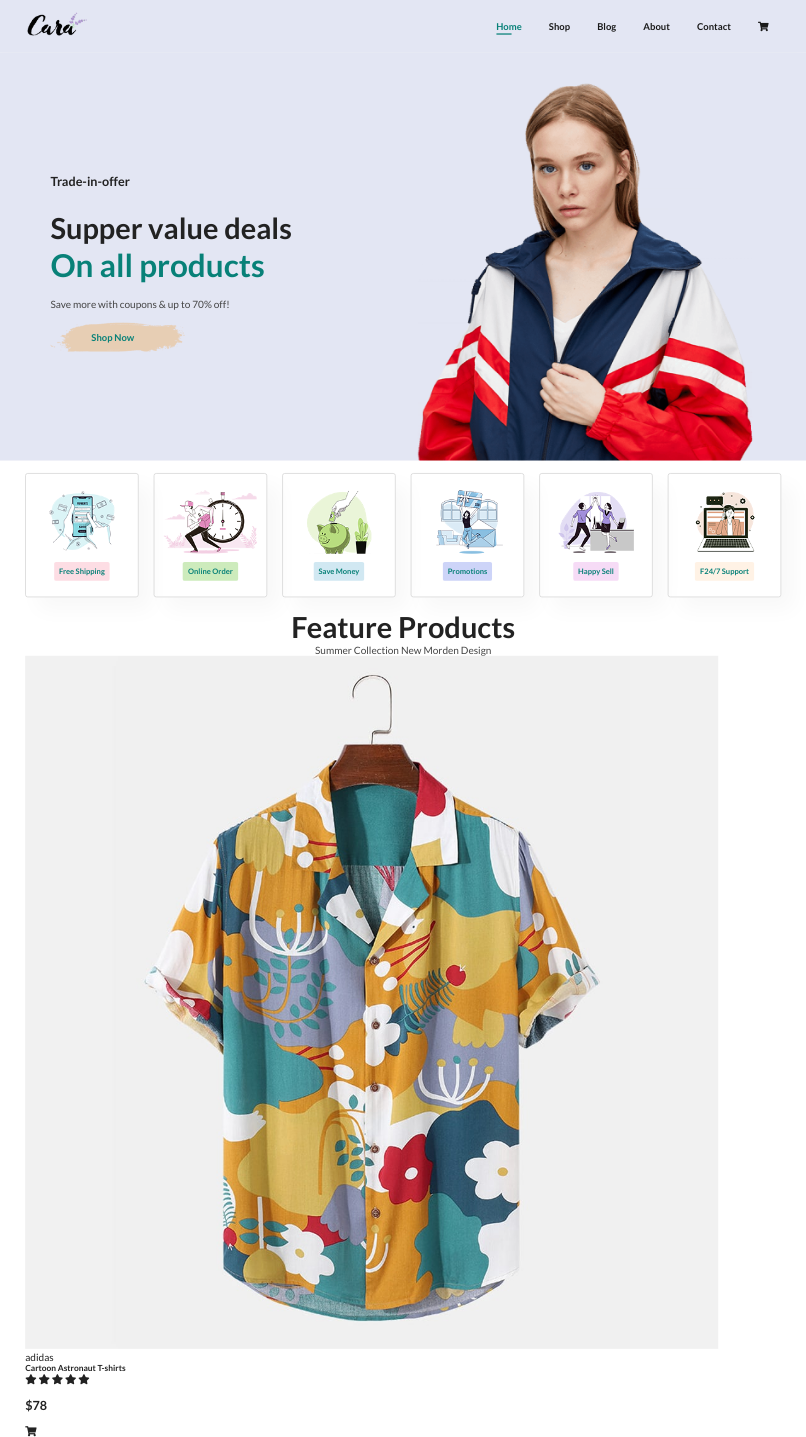
Repository: Nguyenductuan-dev/Website-Clothes
Page: index.html
The author's editor kept a copy of each file at every save. The page is drawn from the files as they stood at one save, then again after the next save.
The browser window is 1280 px wide. The pictures show the whole page, at 63% of full size.

Above is the page before, as saved 2022-04-26 00:45:23.

After the next save:
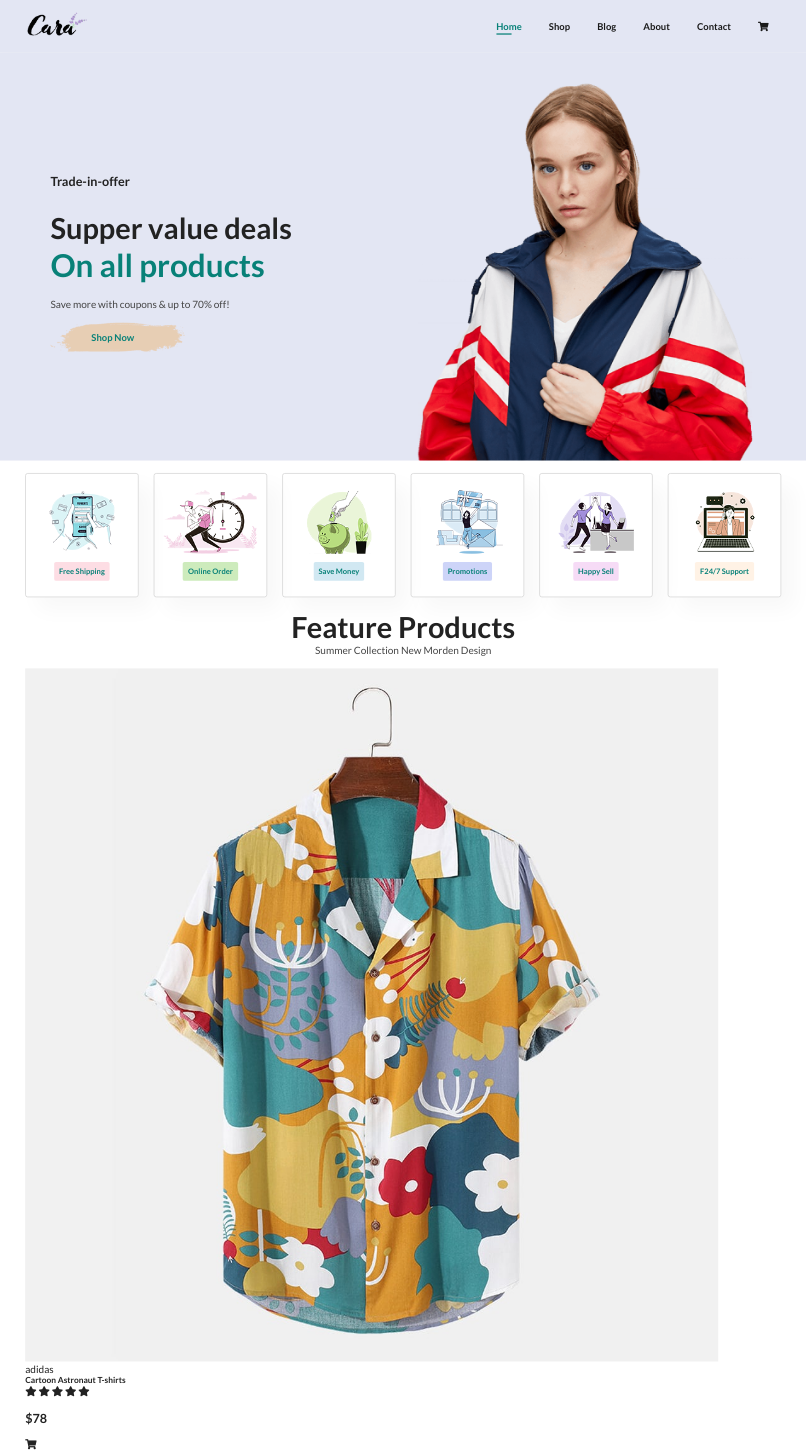
Saved 63 s later.
--- a/assets/css/style.css
+++ b/assets/css/style.css
@@ -185,3 +185,6 @@ body {
 .product1__heading {
     text-align: center;
 }
+.product1__list {
+    margin-top: 20px;
+}
